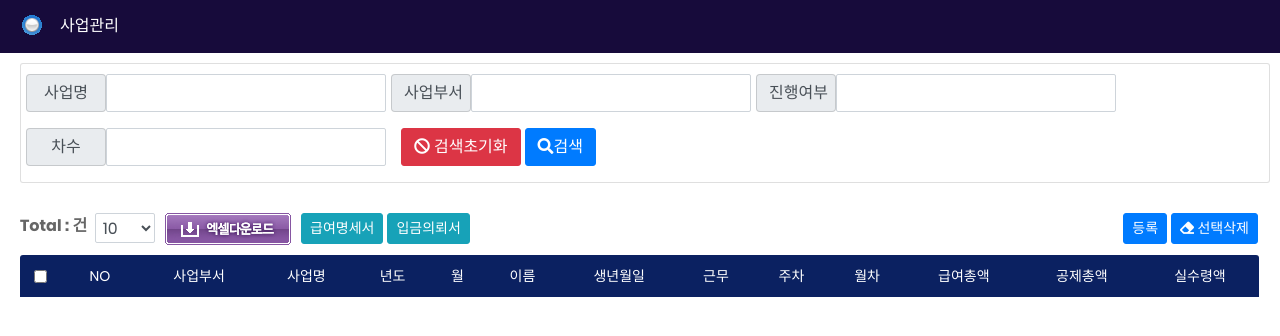
Repository: kimnamgu/GangNamGu
Page: http://localhost/manpower/WEB-INF/jsp/manage/businessMng.jsp
An editor plug-in stored every save of this project. The page is shown before and after the next save, followed by the edit.
The browser window is 1280 px wide. The pictures show the whole page.
The page is served by Tomcat 9. Nobody is signed in. The template is opened directly, without the code that normally fills it, so the values that code supplies are empty.

Above is the page before, as saved 2020-11-04 02:26:38.
Console error: TypeError: Cannot read properties of undefined (reading 'replace')

After the next save:
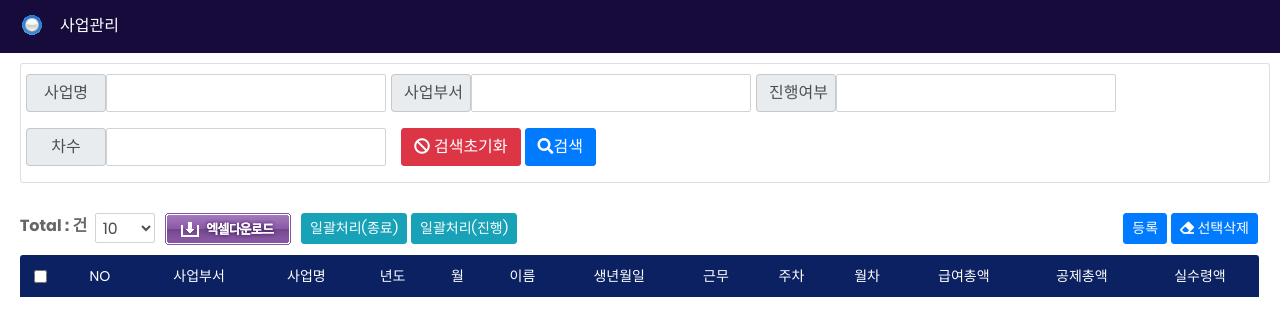
Saved 70 s later.
--- a/manpower/src/main/webapp/WEB-INF/jsp/manage/businessMng.jsp
+++ b/manpower/src/main/webapp/WEB-INF/jsp/manage/businessMng.jsp
@@ -400,8 +400,8 @@
 
 	<!-- 샘플다운로드 -->
 	<div style="float:left;margin-left:10px;margin-bottom:10px;">
-		<input class="btn btn-info btn-sm" type="button" id="sample_download" onClick="fn_sampleDownload('domestic')" value="급여명세서">
-		<input class="btn btn-info btn-sm" type="button" id="sample_download" onClick="fn_sampleDownload('domestic')" value="입금의뢰서">
+		<input class="btn btn-info btn-sm" type="button" id="sample_download" onClick="fn_sampleDownload('domestic')" value="일괄처리(종료)">
+		<input class="btn btn-info btn-sm" type="button" id="sample_download" onClick="fn_sampleDownload('domestic')" value="일괄처리(진행)">
 	</div>
 
 <div class="contents" style="float:right;margin-right:22px;margin-bottom:10px;">
